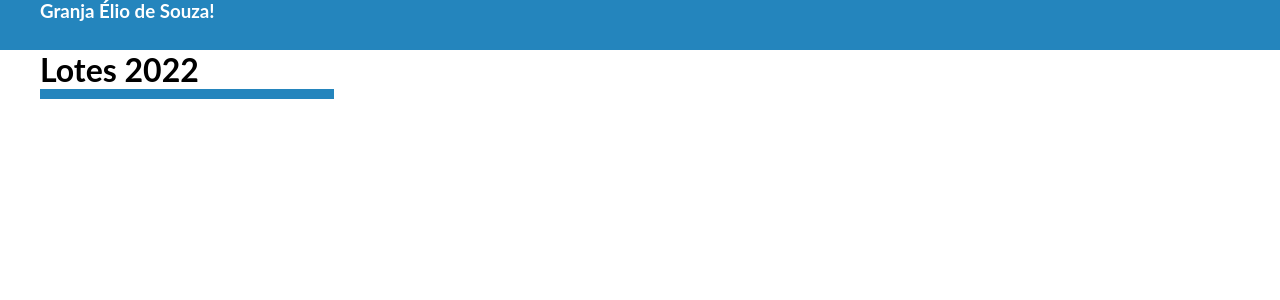
Repository: JoaoNahid/adminSystem
Page: /home (app in client/)
An editor plug-in stored every save of this project. The page is shown before and after the next save, followed by the edit.
The browser window is 1280 px wide. The pictures show the whole page.
The project was rebuilt for these pictures with package versions that can differ from the ones it lists, and the page was loaded fresh each time. Also part of the build but not shown: client/src/App.css, client/src/routes/login.js, client/src/routes/cadastro.js, client/src/routes/404.js.

Above is the page before, as saved 2022-04-20 21:23:30.

### client/src/App.js
import logo from './logo.svg';
import React, { useState, useEffect } from "react"
import './App.css';
import './css/style.css';


// Router
import { BrowserRouter as Router, Route, Routes } from 'react-router-dom';
// Telas
import Login from './routes/login.js'
import Cadastro from './routes/cadastro.js'
import Home from './routes/home.js'
import Error from './routes/404.js'
import Header from './routes/header.js'

export default function App() {
  return (
    <Router>
      <div>
        <Header />
        <Routes>
          <Route exact path="/login" element={<Login />} />
          <Route exact path="/cadastro" element={<Cadastro />} />
          <Route exact path="/" element={<Home />} />
          <Route exact path="/home" element={<Home />} />
          <Route path="*" element={<Error />} />
        </Routes>
      </div>
    </Router>
  )
}

### client/src/css/style.css
body{
  margin: 0;
  padding: 0;
  font-family: 'Lato', sans-serif;
}
*{
  margin: 0;
  padding: 0;
  font-family: 'Lato', sans-serif;
}
:root{
  --cor1: #099c22;
  --cor2: #424242;
}

@import url('https://fonts.googleapis.com/css2?family=Lato:ital,wght@0,100;0,300;0,400;0,700;0,900;1,100;1,300;1,400;1,700;1,900&display=swap');


.container{
  width: calc(100% - 80px);
  padding: 0 15px;
  margin: 0 auto;
}
.nomePagina{
  padding: 8px 0;
  margin-bottom: 15px;
  background-color: #fff;
  display: flex;
  flex-direction: row;
  justify-content: space-between;
  align-items: center;
}

.tituloPagina{
  color: var(--cor2);
  font-size: 30px;
}
.mostrarEstatisticas{
  color: var(--cor2);
  font-size: 30px;
  cursor: pointer;
  transform: rotate(180deg);
}
.flexBox{
  display: flex;
}
.flexRow{
  flex-direction: row;
}
/* SIDEBAR */
.sidebar{
  position: fixed;
  top: 0;
  bottom: 0;
  height: auto;
  width: 70px;
  background-color: var(--cor2);
  box-shadow: 10px 0 0 var(--cor1);
  overflow: hidden;
  transition: 0.5s;
  z-index: 2;
}
.sidebar:hover{
  width: 300px;
}
.sidebar ul{
  position: absolute;
  top: 200px;
  left: 0;
  width: 100%;
  padding-left: 5px;
}
.sidebar ul li{
  position: relative;
  list-style: none;
  width: 100%;
  border-top-left-radius: 20px;
}
.sidebar ul li a{
  position: relative;
  display: flex;
  width: 100%;
  text-decoration: none;
  color: #fff;
}
.sidebar .iconeSidebar{
  position: relative;
  display: block;
  min-width: 60px;
  height: 60px;
  text-align: center;
  line-height: 70px;
}
.sidebar .iconeSidebar ion-icon{
  position: relative;
  font-size: 1.5rem;
  z-index: 1;
}
.sidebar .tituloSidebar{
  position: relative;
  display: block;
  padding-left: 10px;
  height: 60px;
  line-height: 60px;
  white-space: nowrap;
}
.sidebar .active{
  background: var(--cor1);
}
.perfilUsuario{
  position: relative;
  top: 30px;
  display: flex;
  flex-direction: column;
  justify-content: center;
  align-items: center;
}
.fotoUsuario{
  width: 50px;
  height: 50px;
  border-radius: 50%;
  background-size: cover !important;
  background-repeat: no-repeat !important;
  background-position: center !important;
  transition: 0.6s;
}
.sidebar:hover .fotoUsuario{
  width: 100px;
  height: 100px;
}
.sidebar:hover .nomeUsuario,
.sidebar:hover .funcaoUsuario{
  visibility: visible;
  opacity: 1;
  transition: visibility 0s, opacity 0s linear;
}
.nomeUsuario{
  color: #fff;
  font-size: 20px;
  margin-top: 6px;
  visibility: hidden;
  opacity: 0;
  transition: visibility 0s, opacity 0s linear;
}
.funcaoUsuario{
  color: #fff;
  font-size: 15px;
  visibility: hidden;
  opacity: 0;
  transition: visibility 0s, opacity 0s linear;
}
/* FIM SIDEBAR */

/* DASHBOARD */
.areaBlocosEstatisticas{
  display: grid;
  grid-template-columns: repeat(4, 1fr);
  justify-content: center;
  gap: 20px;
  flex-direction: row;
}
@media(max-width: 1064px){
  .areaBlocosEstatisticas{
    grid-template-columns: repeat(2, 1fr);
  }
}
@media(max-width: 651px){
  .areaBlocosEstatisticas{
    grid-template-columns: 1fr;
  }
}
.blocoEstatistica{
  width: auto;
  height: 150px;
  background: var(--cor2);
  color: #fff;
  border-bottom: 3px solid var(--cor1);
  border-top-left-radius: 20px;
  border-top-right-radius: 20px;
  display: flex;
  flex-direction: column;
  justify-content: space-between;
  align-items: center;
  padding: 8px 12px;
}
.tituloEstatistica{
  font-size: 25px;
  text-transform: capitalize;
}
.conteudoEstatistica{
  display: flex;
  flex-direction: row;
  align-items: center;
  justify-content: space-between;
  width: 100%;
  padding-bottom: 25px;
}
.iconeEstatistica{
  width: 85px;
  font-size: 50px;
  z-index: 0;
}
.dadosEstatistica{
  text-align: center;
  width: 100%;
  font-size: 60px;
  color: #fff;
}
.exibirMenu{
  margin-top: -1000px !important;
  transition: .3s;
}
.rotacionarBtn{
  transform: rotate(180deg);
  transition: .7s ease-in;
}
/* FIM DASHBOARD */

/* LOGIN */
#bgAreaLogin{
  background: rgb(9,156,34);
  background: linear-gradient(0deg, rgba(9,156,34,1) 0%, rgba(66,66,66,1) 100%);
  width: 100%;
  height: 100vh;
}
#areaLogin{
  position: absolute;
  top: 0;
  bottom: 0;
  right: 0;
  left: 0;
  margin: auto auto;
  width: 350px;
  height: 400px;
  box-shadow: rgba(0, 0, 0, 0.1) 0px 10px 15px -3px, rgba(0, 0, 0, 0.05) 0px 4px 6px -2px;
  background-color: #fff;
}
.formLogin{
  padding: 15px 45px ;
  display: flex;
  flex-direction: column;
  gap: 15px;
  align-items: center;
  justify-content: center;
  height: 100%;
}
#areaLogin input{
  /* border-top: 0 none;
  border-right: 0 none;
  border-left: 0 none;
  border-color: var(--cor1); */
  border: 0 none;
  background: #42424255;
  color: var(--cor2);
  border-radius: 20px;
  padding: 8px 12px;
  font-size: 15px;
  width: calc(100% - 24px);
}
#areaLogin input::placeholder{
  color: #fff;
}
#areaLogin input:focus{
  outline: none;
}
.btnLogar{
  width: 100% !important;
  background-color: var(--cor2) !important;
  transition: .3s;
  color: #fff !important;
}
.btnLogar:hover{
  background-color: var(--cor1) !important;
  color: #fff !important;
  cursor: pointer;
}
.esqueciASenha{
  font-size: 13px;
  color: var(--cor2);
  text-decoration: none;
}
.esqueciASenha:hover{
  color: inherit;
}

/* FIM LOGIN */

/* Edição Site */
#areaTotalEdicaoSite{
  width: 100%;
}
.menuPaginas{
  display: flex;
  justify-content: center;
  flex-direction: row;
  margin-left: 230px;
  gap: 1px;
  background: var(--cor1);
}
.paginaEdicao{
  padding: 10px 10px;
  background-color: var(--cor2);
  color: #fff;
  width: 100%;
  text-align: center;
}
.paginaEdicao:hover{
  background: var(--cor1);
  cursor: pointer;
}
.menuSectionsPagina{
  width: 230px;
  display: flex;
  flex-direction: column;
  justify-content: center;
  background: var(--cor1);
}
.sectionEdicao{
  background: var(--cor2);
  color: #fff;
  width: calc(100% - 25px);
  text-align: left;
  padding: 16px 12px;
  text-decoration: none;
}
.sectionEdicao:hover{
  background: var(--cor1);
  cursor: pointer;
}
.boxFormEdicao{
  padding: 20px;
  width: calc(100% - 267px);
  border: solid 1px var(--cor2);
  border-left: solid 1px var(--cor1);
}
.tituloCampo{
  font-size: 18px;
  color: var(--cor2);
  margin-bottom: 10px;
}
.menuAtivo{
  background-color: var(--cor1);
}
/* Fim Edição Site */


/* INPUTS */
input:focus{
  outline: 0;
}
.formEdicao input{
  border-top: 0 none;
  border-right: 0 none;
  border-left: 0 none;
  border-bottom: 2px solid var(--cor2);
  padding: 0 5px 2px;
  font-size: 15px;
  transition: 0.3s;
  width: 100%;
}
.formEdicao input:focus{
  border-color: var(--cor1);
}
/* FIM INPUTS */

#headerArea{
  height: 50px;
  width: 100%;
  background-color: rgb(36, 133, 189);
  color: #fff;
}

/* PAGINA DE ERRO */
#errorPage{
  width: 100%;
  text-align: center;
  padding-top: 50px;
}

.inputsConversao{
  border-top: 0 none;
}
#gridLotes{
  display: grid;
  grid-template-columns: repeat(4, 1fr);
  gap: 8px;
}
.boxLote{
  padding: 5px;
  text-align: left;
  background-color: rgb(36, 133, 189);
  color: #fff;
}

### client/src/routes/home.js
import React, { Component, useState, useEffect } from "react"
import Axios from "axios"

export default function Home(){

    const [users, setUsers] = useState([])
    console.log(users)
     /* useEffect((e) => {
       e.preventDefault()
        Axios.get('http://localhost:3001/login').then((response) => {
            console.log(response)
            setUsers(response.data)
        })
    }) */




    return(
        <div>
            <div className="container">
                <h1>Lotes 2022</h1>
                <div id="gridLotes">
                    <div className="boxLote">

                    </div>

                </div>

            </div>
        </div>
    )
}

### client/src/routes/header.js
import React, { Component } from "react"

export default function Header() {

    return(
        <div id="headerArea">
            <div className="container">
                <h3>Granja Élio de Souza!</h3>
            </div>
        </div>
    )
}

Loaded but not shown: client/public/index.html (common file); client/src/index.js (common file); client/src/index.css (common file); client/src/reportWebVitals.js (common file)

After the next save:
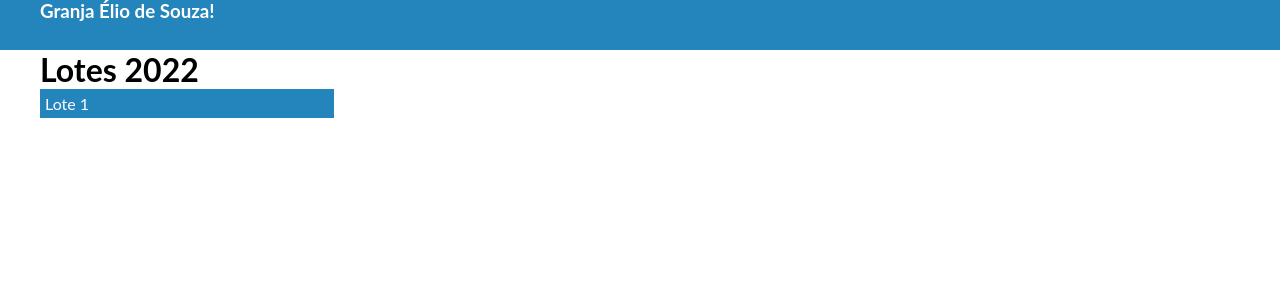
Saved 51 s later.
--- a/client/src/routes/home.js
+++ b/client/src/routes/home.js
@@ -22,7 +22,8 @@ export default function Home(){
                 <h1>Lotes 2022</h1>
                 <div id="gridLotes">
                     <div className="boxLote">
-
+                        <p className="nomeLote">Lote 1</p>
+                        <p className="diasLote"></p>
                     </div>
 
                 </div>
